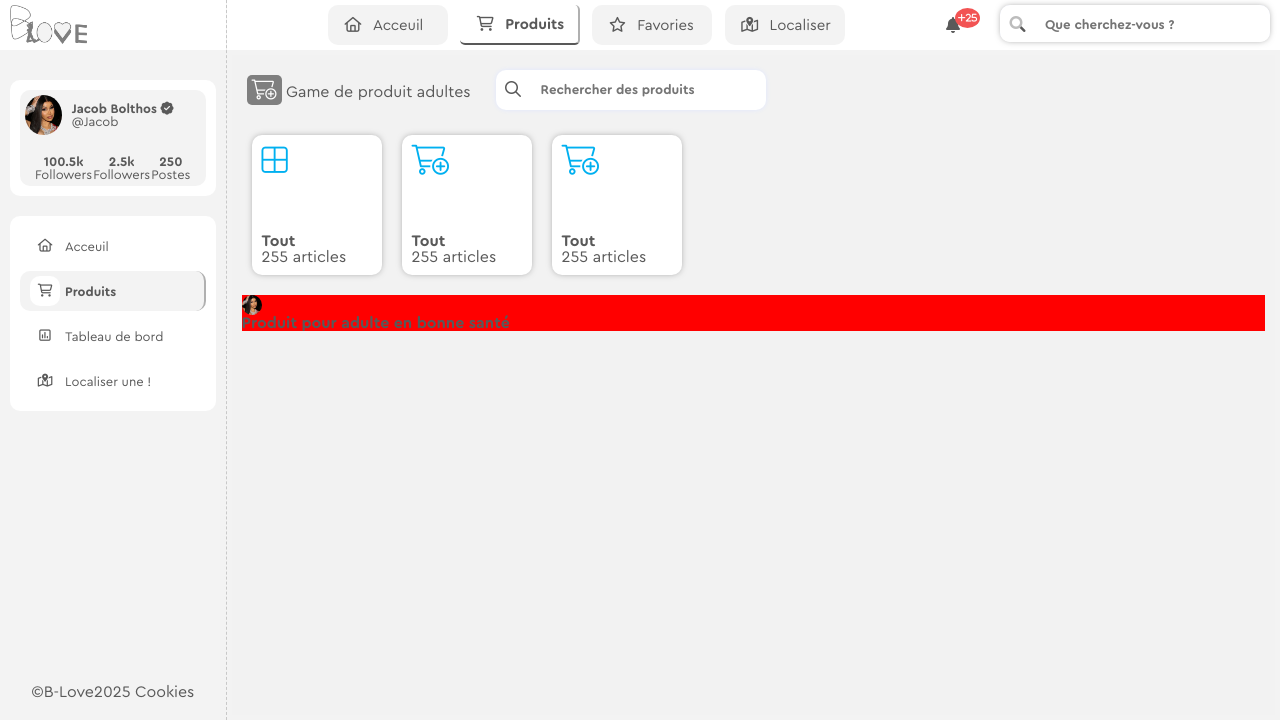
Repository: moomoony-log/b-love
Page: /home/product
An editor plug-in stored every save of this project. The page is shown before and after the next save, followed by the edit.
The browser window is 1280 px wide. The pictures show the whole page.
The project was rebuilt for these pictures with package versions that can differ from the ones it lists, and the page was loaded fresh each time. Also part of the build but not shown: vite.config.ts, src/rules/legacy.tsx, src/rules/privacy.tsx, src/view/auth.tsx, src/view/main/acceuil.tsx, src/view/main/dashbord.tsx, src/view/main/info-account.tsx, src/view/main/account.tsx and 1 more.

Above is the page before, as saved 2025-10-02 16:10:02.

After the next save:
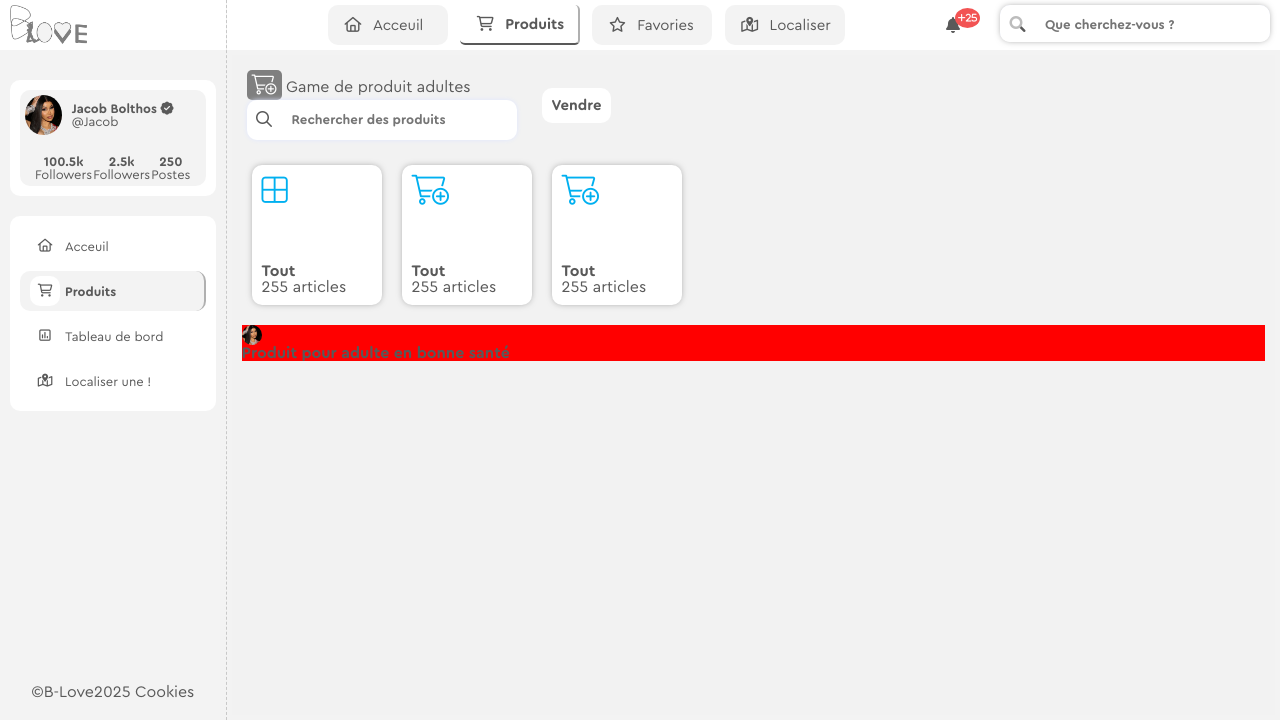
Saved 3 min 14 s later.
--- a/src/view/main/product.tsx
+++ b/src/view/main/product.tsx
@@ -1,5 +1,6 @@
 import { useEffect, useRef } from "react"
 import Input from "../../components/basic/input"
+import Button from "../../components/basic/button"
 
 const Product = () => {
     const productRef = useRef<HTMLDivElement>(null)
@@ -13,8 +14,11 @@ const Product = () => {
     return (
         <>
         <div className="products-head" ref={productRef}>
-            <span><i className="fa-light fa-cart-circle-plus"></i> Game de produit adultes</span>
-            <Input icon="fa-regular fa-magnifying-glass" type="text" placeholder="Rechercher des produits"  />
+           <div>
+                <span><i className="fa-light fa-cart-circle-plus"></i> Game de produit adultes</span>
+                <Input icon="fa-regular fa-magnifying-glass" type="text" placeholder="Rechercher des produits" />
+           </div>
+           <Button children={false} to={false} type="button" name="Vendre" />
         </div>
         <div className="product-category">
             <div className="category-item">
